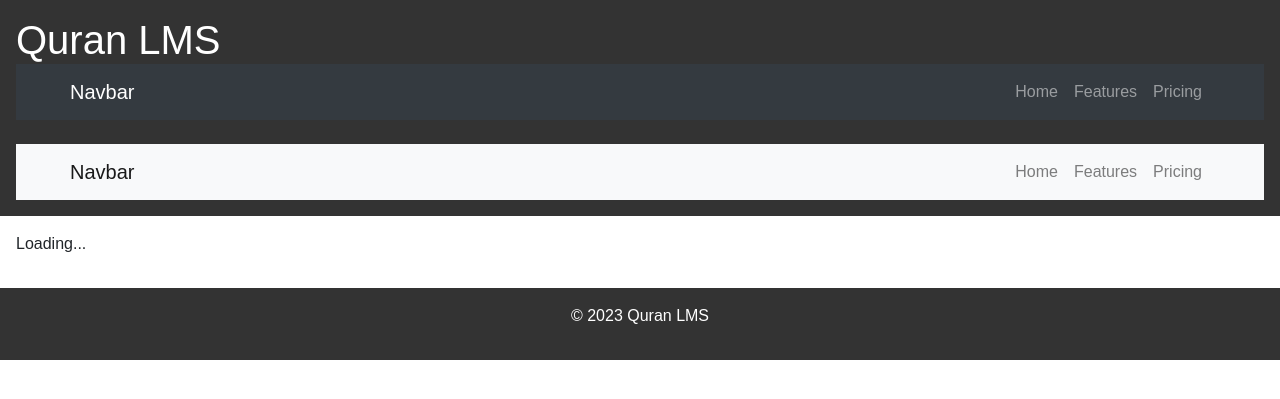
Repository: talha-mahmood/Quran-Lms-react
Page: /
The author's editor kept a copy of each file at every save. The page is drawn from the files as they stood at one save, then again after the next save.
The browser window is 1280 px wide. The pictures show the whole page.
The page's requests for data from a server got no answer. The project was rebuilt for these pictures with package versions that can differ from the ones it lists, and the page was loaded fresh each time. No one was signed in, and anything a server would have sent is missing.

Above is the page before, as saved 2023-03-08 00:58:19.

### public/index.html
<!DOCTYPE html>
<html lang="en">
  <head>
    <meta charset="utf-8" />
    <link rel="icon" href="%PUBLIC_URL%/favicon.ico" />
    <meta name="viewport" content="width=device-width, initial-scale=1" />
    <meta name="theme-color" content="#000000" />
    <meta
      name="description"
      content="Web site created using create-react-app"
    />

    <link rel="apple-touch-icon" href="%PUBLIC_URL%/logo192.png" />
    <link rel="stylesheet" href="https://cdn.jsdelivr.net/npm/bootstrap@4.4.1/dist/css/bootstrap.min.css" integrity="sha384-Vkoo8x4CGsO3+Hhxv8T/Q5PaXtkKtu6ug5TOeNV6gBiFeWPGFN9MuhOf23Q9Ifjh" crossorigin="anonymous">
    <script src="https://code.jquery.com/jquery-3.4.1.slim.min.js" integrity="sha384-J6qa4849blE2+poT4WnyKhv5vZF5SrPo0iEjwBvKU7imGFAV0wwj1yYfoRSJoZ+n" crossorigin="anonymous"></script>
   <script src="https://cdn.jsdelivr.net/npm/popper.js@1.16.0/dist/umd/popper.min.js" integrity="sha384-Q6E9RHvbIyZFJoft+2mJbHaEWldlvI9IOYy5n3zV9zzTtmI3UksdQRVvoxMfooAo" crossorigin="anonymous"></script>
   <script src="https://cdn.jsdelivr.net/npm/bootstrap@4.4.1/dist/js/bootstrap.min.js" integrity="sha384-wfSDF2E50Y2D1uUdj0O3uMBJnjuUD4Ih7YwaYd1iqfktj0Uod8GCExl3Og8ifwB6" crossorigin="anonymous"></script>
    <!--
      manifest.json provides metadata used when your web app is installed on a
      user's mobile device or desktop. See https://developers.google.com/web/fundamentals/web-app-manifest/
    -->
    <link rel="manifest" href="%PUBLIC_URL%/manifest.json" />
    <!--
      Notice the use of %PUBLIC_URL% in the tags above.
      It will be replaced with the URL of the `public` folder during the build.
      Only files inside the `public` folder can be referenced from the HTML.

      Unlike "/favicon.ico" or "favicon.ico", "%PUBLIC_URL%/favicon.ico" will
      work correctly both with client-side routing and a non-root public URL.
      Learn how to configure a non-root public URL by running `npm run build`.
    -->
    <title>React App</title>
  </head>
  <body>
    <noscript>You need to enable JavaScript to run this app.</noscript>
    <div id="root"></div>

    <!--
      This HTML file is a template.
      If you open it directly in the browser, you will see an empty page.

      You can add webfonts, meta tags, or analytics to this file.
      The build step will place the bundled scripts into the <body> tag.

      To begin the development, run `npm start` or `yarn start`.
      To create a production bundle, use `npm run build` or `yarn build`.
    -->
  </body>
</html>

### src/App.js
import './App.css';
import React,{Component} from 'react';
import Container from 'react-bootstrap/Container';
import Navbar from 'react-bootstrap/Navbar';
import Nav from 'react-bootstrap/Nav';
class QuranLMS extends Component {
  state = {
    verses: [],
    isLoading: true
  };

  async componentDidMount() {
    const response = await fetch("https://api.quran.com/api/v4/quran/verses/uthmani?chapter_number=1");
    const data = await response.json();
    this.setState({
      verses: data.verses,
      isLoading: false
    });
  }

  render() {
    const { verses, isLoading } = this.state;
    return (
      <div>
        <header>
          <h1>Quran LMS</h1>
          <div>
          <Navbar bg="dark" variant="dark">
        <Container>
          <Navbar.Brand href="#home">Navbar</Navbar.Brand>
          <Nav className="me-auto">
            <Nav.Link href="#home">Home</Nav.Link>
            <Nav.Link href="#features">Features</Nav.Link>
            <Nav.Link href="#pricing">Pricing</Nav.Link>
          </Nav>
        </Container>
      </Navbar>
      <br />



      <Navbar bg="light" variant="light">
        <Container>
          <Navbar.Brand href="#home">Navbar</Navbar.Brand>
          <Nav className="me-auto">
            <Nav.Link href="#home">Home</Nav.Link>
            <Nav.Link href="#features">Features</Nav.Link>
            <Nav.Link href="#pricing">Pricing</Nav.Link>
          </Nav>
        </Container>
      </Navbar>
          </div>


        </header>
        <main>
          {isLoading ? (
            <p>Loading...</p>
          ) : (
            verses.map((verse) => (
              <p key={verse.id}>{verse.text_uthmani}</p>
            ))
          )}
        </main>
        <footer>
          <p>&copy; 2023 Quran LMS</p>
        </footer>
      </div>
    );
  }
}

export default QuranLMS;

### src/App.css
body {
  font-family: Arial, sans-serif;
  margin: 0;
}

header {
  background-color: #333;
  color: #fff;
  padding: 1em;
}

header h1 {
  margin: 0;
}

main {
  padding: 1em;
}

footer {
  background-color: #333;
  color: #fff;
  padding: 1em;
  text-align: center;
}

Loaded but not shown: src/index.js (common file); src/index.css (common file); src/reportWebVitals.js (common file)

After the next save:
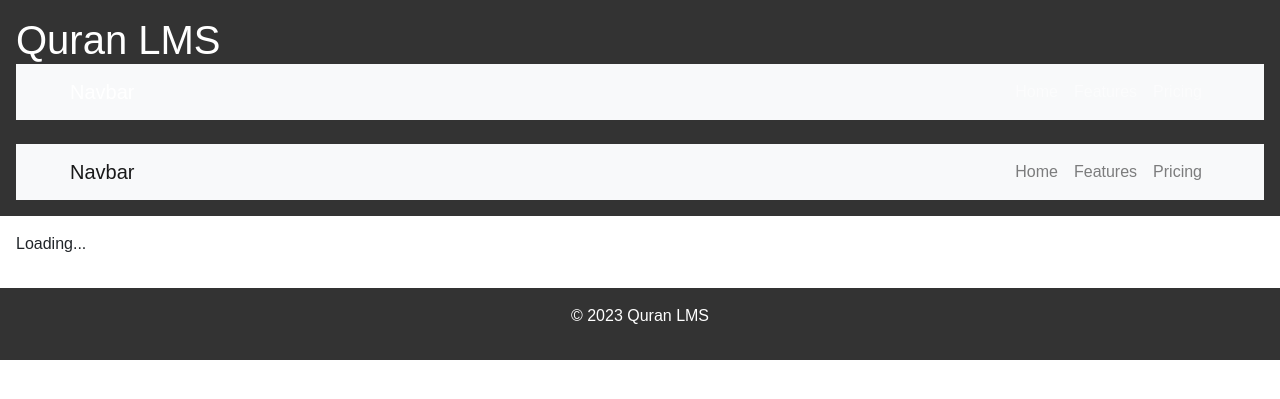
Saved 32 s later.
--- a/src/App.js
+++ b/src/App.js
@@ -25,7 +25,7 @@ class QuranLMS extends Component {
         <header>
           <h1>Quran LMS</h1>
           <div>
-          <Navbar bg="dark" variant="dark">
+          <Navbar bg="light" variant="dark">
         <Container>
           <Navbar.Brand href="#home">Navbar</Navbar.Brand>
           <Nav className="me-auto">
